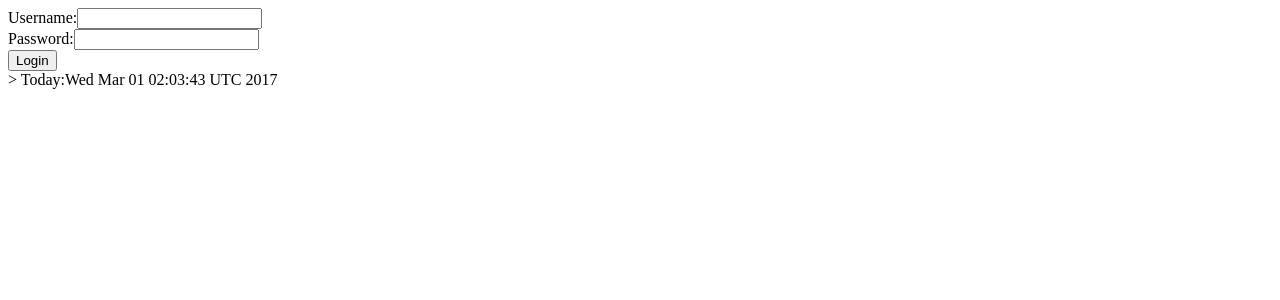
Repository: nagarjuna0287/workspace
Page: http://localhost/JspProject/DirectivesDemo.jsp
These files come from the project's save history. The page is drawn as it stood at one moment and after the next save; the edit follows.
The browser window is 1280 px wide. The pictures show the whole page.
The page is served by Tomcat 9.

Above is the page before, as saved 2017-03-12 18:52:18.

### JspProject/WebContent/DirectivesDemo.jsp
<%@ page language="java" contentType="text/html; charset=ISO-8859-1"
    pageEncoding="ISO-8859-1"%>
<!DOCTYPE html PUBLIC "-//W3C//DTD HTML 4.01 Transitional//EN" "http://www.w3.org/TR/html4/loose.dtd">
<html>
<head>
<meta http-equiv="Content-Type" content="text/html; charset=ISO-8859-1">
<title>Insert title here</title>
</head>
<body>
<%@ include file="SampleJsp.html" %>>
Today:<%=java.util.Calendar.getInstance().getTime() %>
</body>
</html>

### JspProject/WebContent/SampleJsp.html
<!DOCTYPE html>
<html>
<head>
<meta charset="ISO-8859-1">
<title>Insert title here</title>
</head>
<body>
<form action="SampleJsp.jsp">
Username:<input type="text" name="uname"/><br>
Password:<input type="password" name="pwd"/><br>
<input type="submit" value="Login"/>
</form>
</body>
</html>

After the next save:
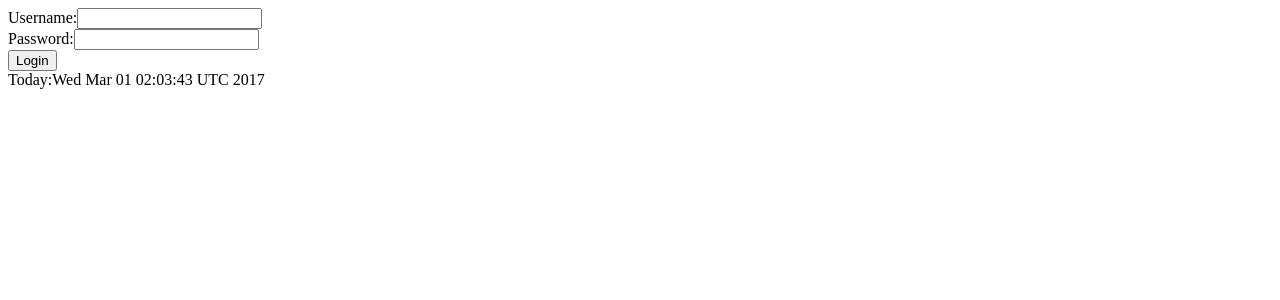
Saved 21 s later.
--- a/JspProject/WebContent/DirectivesDemo.jsp
+++ b/JspProject/WebContent/DirectivesDemo.jsp
@@ -7,7 +7,7 @@
 <title>Insert title here</title>
 </head>
 <body>
-<%@ include file="SampleJsp.html" %>>
+<%@ include file="SampleJsp.html" %>
 Today:<%=java.util.Calendar.getInstance().getTime() %>
 </body>
 </html>
